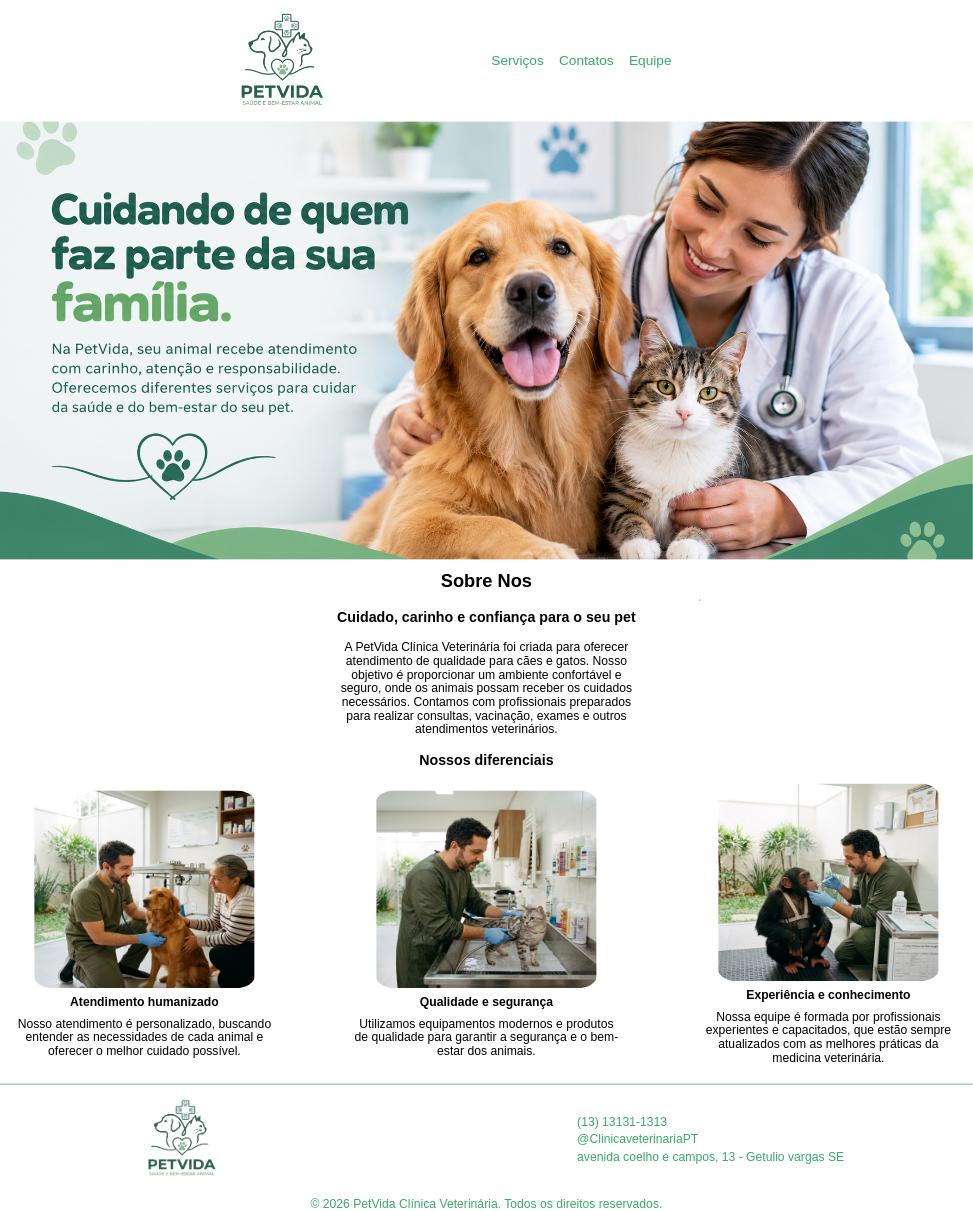
Repository: antonymsantana-design/Veterinario
Page: INDEX.HTML
An editor plug-in stored every save of this project. The page is shown before and after the next save, followed by the edit.
The browser window is 1280 px wide. The pictures show the whole page, at 76% of full size.

Above is the page before, as saved 2026-10-03 18:23:10.
Console error: TypeError: Cannot read properties of null (reading 'innerHTML')

After the next save:
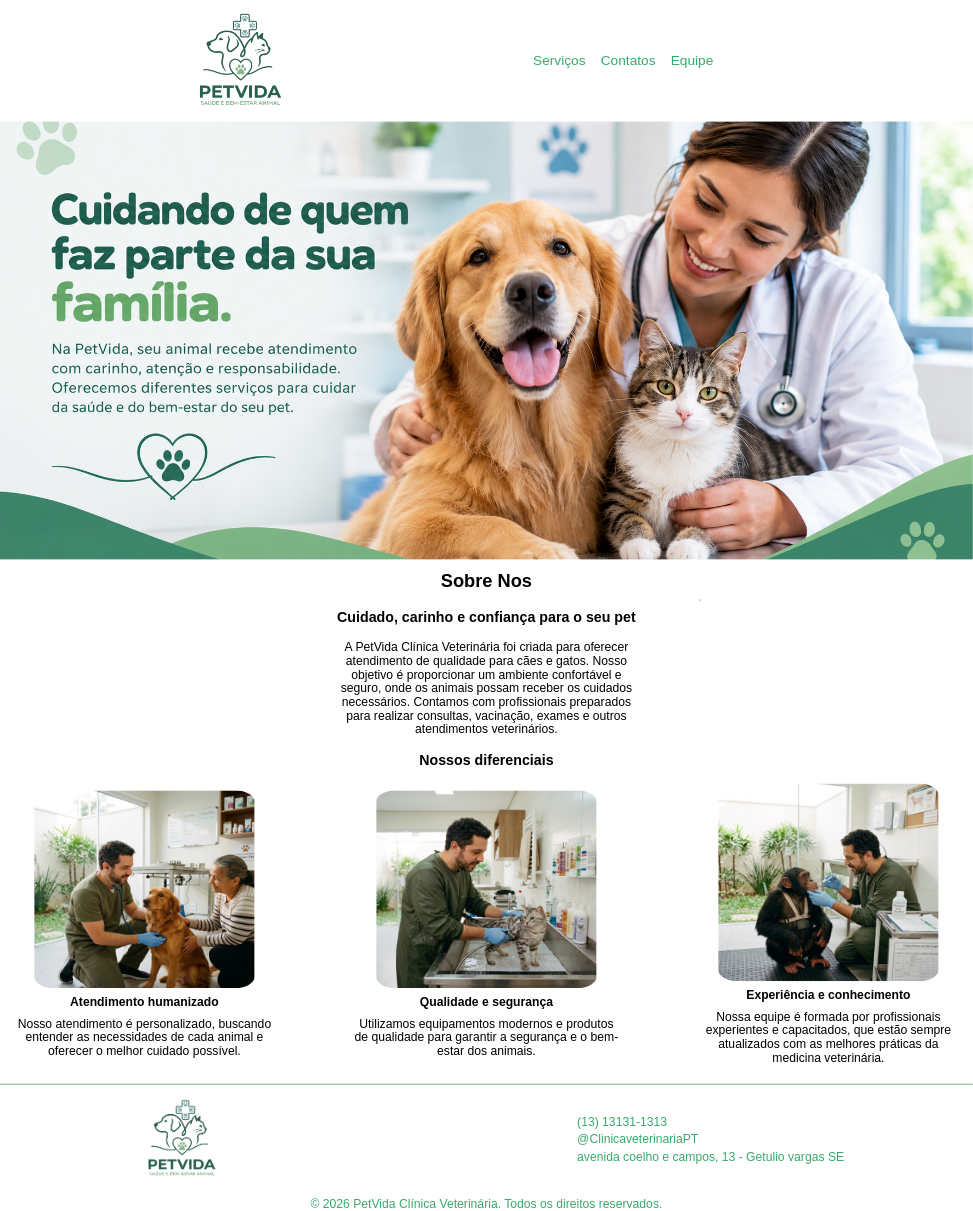
Saved 8 s later.
--- a/style.css
+++ b/style.css
@@ -16,7 +16,7 @@ header {
     display: flex;
     justify-content: space-between;
     align-items: center;
-    gap: 190px;
+    gap: 300px;
 }
 
 .imagem {
